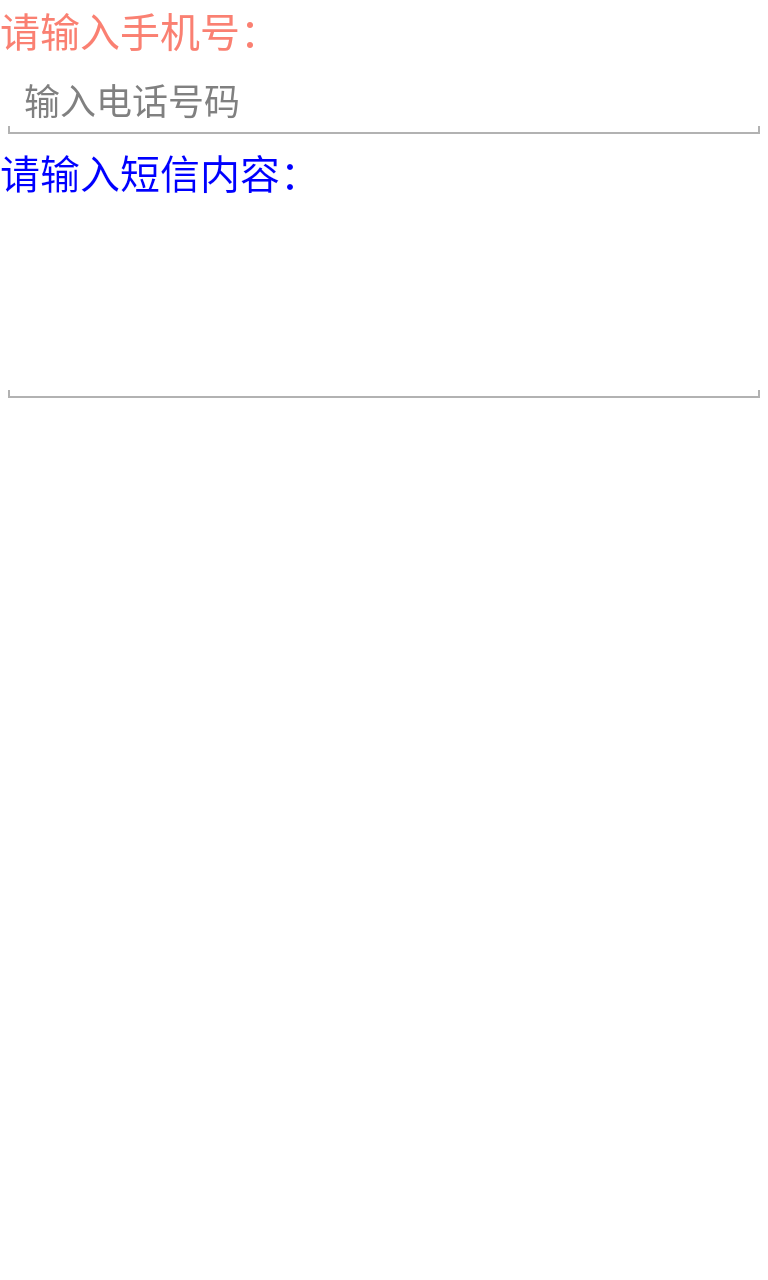
Repository: CiLiNet-Android/courseware
Layout: Android应用与开发环境/SourceCodes/SendSMSDemo/res/layout/activity_main.xml
An editor plug-in stored every save of this project. The layout is shown before and after the next save, followed by the edit.
It is drawn on a 768 x 1280 px phone screen (xhdpi) without system bars, with theme AppTheme; the app's code is not run.

Above is the layout before, as saved 2013-11-12 11:36:00.

### Android应用与开发环境/SourceCodes/SendSMSDemo/res/layout/activity_main.xml
<?xml version="1.0" encoding="utf-8"?>
<LinearLayout xmlns:android="http://schemas.android.com/apk/res/android"
    android:layout_width="match_parent"
    android:layout_height="match_parent"
    android:orientation="vertical" >

    <TextView
        android:layout_width="match_parent"
        android:layout_height="wrap_content"
        android:text="@string/please_input_phoneNo"
        android:textSize="20sp"
        android:textColor="@color/salmon"/>

    <EditText
        android:layout_width="match_parent"
        android:layout_height="wrap_content"
        android:hint="@string/input_phoneNo"
        android:id="@+id/editText_phoneNo"/>

    <TextView
        android:layout_width="match_parent"
        android:layout_height="wrap_content"
        android:text="@string/please_input_smsContent"
        android:textColor="@color/blue"
        android:textSize="20sp"/>

    <EditText
        android:layout_width="match_parent"
        android:layout_height="wrap_content"
        android:minLines="4"
        android:id="@+id/editText_smsContent"/>

</LinearLayout>

### Android应用与开发环境/SourceCodes/SendSMSDemo/res/values/strings.xml
<resources>

    <string name="app_name">Send SMS</string>

    <string name="please_input_phoneNo">请输入手机号：</string>

    <string name="input_phoneNo">输入电话号码</string>

    <string name="please_input_smsContent">请输入短信内容：</string>

</resources>

### Android应用与开发环境/SourceCodes/SendSMSDemo/res/values/colors.xml
<?xml version="1.0" encoding="utf-8"?>
<resources>

    <!-- 黑色 -->
    <color name="black">#000000</color>
    <!-- 亮天蓝色 -->
    <color name="lightskyblue">#2190a3</color>
    <!-- 天蓝色 -->
    <color name="skyblue">#87ceeb</color>
    <color name="grey">#808080</color>
    <color name="transparent">#00000000</color>
    <!-- 暗灰色 -->
    <color name="darkgrey">#a9a9a9</color>

    <!-- 乳白色 -->
    <color name="white_bg">#f5f5f5</color>
    <color name="white">#FFFFFF</color>

    <!-- 白色 -->

    <color name="ivory">#FFFFF0</color>

    <!-- 象牙色 -->

    <color name="lightyellow">#FFFFE0</color>

    <!-- 亮黄色 -->

    <color name="yellow">#FFFF00</color>

    <!-- 黄色 -->

    <color name="snow">#FFFAFA</color>

    <!-- 雪白色 -->

    <color name="floralwhite">#FFFAF0</color>

    <!-- 花白色 -->

    <color name="lemonchiffon">#FFFACD</color>

    <!-- 柠檬绸色 -->

    <color name="cornsilk">#FFF8DC</color>

    <!-- 米绸色 -->

    <color name="seashell">#FFF5EE</color>

    <!-- 海贝色 -->

    <color name="lavenderblush">#FFF0F5</color>

    <!-- 淡紫红 -->

    <color name="papayawhip">#FFEFD5</color>

    <!-- 番木色 -->

    <color name="blanchedalmond">#FFEBCD</color>

    <!-- 白杏色 -->

    <color name="mistyrose">#FFE4E1</color>

    <!-- 浅玫瑰色 -->

    <color name="bisque">#FFE4C4</color>

    <!-- 桔黄色 -->

    <color name="moccasin">#FFE4B5</color>

    <!-- 鹿皮色 -->

    <color name="navajowhite">#FFDEAD</color>

    <!-- 纳瓦白 -->

    <color name="peachpuff">#FFDAB9</color>

    <!-- 桃色 -->

    <color name="gold">#FFD700</color>

    <!-- 金色 -->

    <color name="pink">#FFC0CB</color>

    <!-- 粉红色 -->

    <color name="lightpink">#FFB6C1</color>

    <!-- 亮粉红色 -->

    <color name="orange">#FFA500</color>

    <!-- 橙色 -->

    <color name="lightsalmon">#FFA07A</color>

    <!-- 亮肉色 -->

    <color name="darkorange">#FF8C00</color>
    <!-- 暗桔黄色 -->

    <color name="coral">#FF7F50</color>

    <!-- 珊瑚色 -->

    <color name="hotpink">#FF69B4</color>

    <!-- 热粉红色 -->

    <color name="tomato">#FF6347</color>

    <!-- 西红柿色 -->

    <color name="orangered">#FF4500</color>

    <!-- 红橙色 -->

    <color name="deeppink">#FF1493</color>

    <!-- 深粉红色 -->

    <color name="fuchsia">#FF00FF</color>

    <!-- 紫红色 -->

    <color name="red">#FF0000</color>

    <!-- 红色 -->

    <color name="oldlace">#FDF5E6</color>

    <!-- 老花色 -->

    <color name="lightgoldenrodyellow">#FAFAD2</color>

    <!-- 亮金黄色 -->

    <color name="linen">#FAF0E6</color>

    <!-- 亚麻色 -->

    <color name="antiquewhite">#FAEBD7</color>

    <!-- 古董白 -->

    <color name="salmon">#FA8072</color>

    <!-- 鲜肉色 -->

    <color name="ghostwhite">#F8F8FF</color>

    <!-- 幽灵白 -->

    <color name="mintcream">#F5FFFA</color>

    <!-- 薄荷色 -->

    <color name="whitesmoke">#F5F5F5</color>

    <!-- 烟白色 -->

    <color name="beige">#F5F5DC</color>

    <!-- 米色 -->

    <color name="wheat">#F5DEB3</color>

    <!-- 浅黄色 -->

    <color name="sandybrown">#F4A460</color>

    <!-- 沙褐色 -->

    <color name="azure">#F0FFFF</color>

    <!-- 天蓝色 -->

    <color name="honeydew">#F0FFF0</color>

    <!-- 蜜色 -->

    <color name="aliceblue">#F0F8FF</color>

    <!-- 艾利斯兰 -->

    <color name="khaki">#F0E68C</color>

    <!-- 黄褐色 -->

    <color name="lightcoral">#F08080</color>

    <!-- 亮珊瑚色 -->

    <color name="palegoldenrod">#EEE8AA</color>

    <!-- 苍麒麟色 -->

    <color name="violet">#EE82EE</color>

    <!-- 紫罗兰色 -->

    <color name="darksalmon">#E9967A</color>

    <!-- 暗肉色 -->

    <color name="lavender">#E6E6FA</color>

    <!-- 淡紫色 -->

    <color name="lightcyan">#E0FFFF</color>

    <!-- 亮青色 -->

    <color name="burlywood">#DEB887</color>

    <!-- 实木色 -->

    <color name="plum">#DDA0DD</color>

    <!-- 洋李色 -->

    <color name="gainsboro">#DCDCDC</color>

    <!-- 淡灰色 -->

    <color name="crimson">#DC143C</color>

    <!-- 暗深红色 -->

    <color name="palevioletred">#DB7093</color>

    <!-- 苍紫罗兰色 -->

    <color name="goldenrod">#DAA520</color>

    <!-- 金麒麟色 -->

    <color name="orchid">#DA70D6</color>

    <!-- 淡紫色 -->

    <color name="thistle">#D8BFD8</color>

    <!-- 蓟色 -->

    <color name="lightgray">#D3D3D3</color>

    <!-- 亮灰色 -->

    <color name="maincolor">#272727</color>

    <!-- 蓝色 -->
    <color name="blue">#0000FF</color>

</resources>

Loaded but not shown: Android应用与开发环境/SourceCodes/SendSMSDemo/res/values/styles.xml (common file); Android应用与开发环境/SourceCodes/SendSMSDemo/res/values-v11/styles.xml (common file); Android应用与开发环境/SourceCodes/SendSMSDemo/res/values-v14/styles.xml (common file)

After the next save:
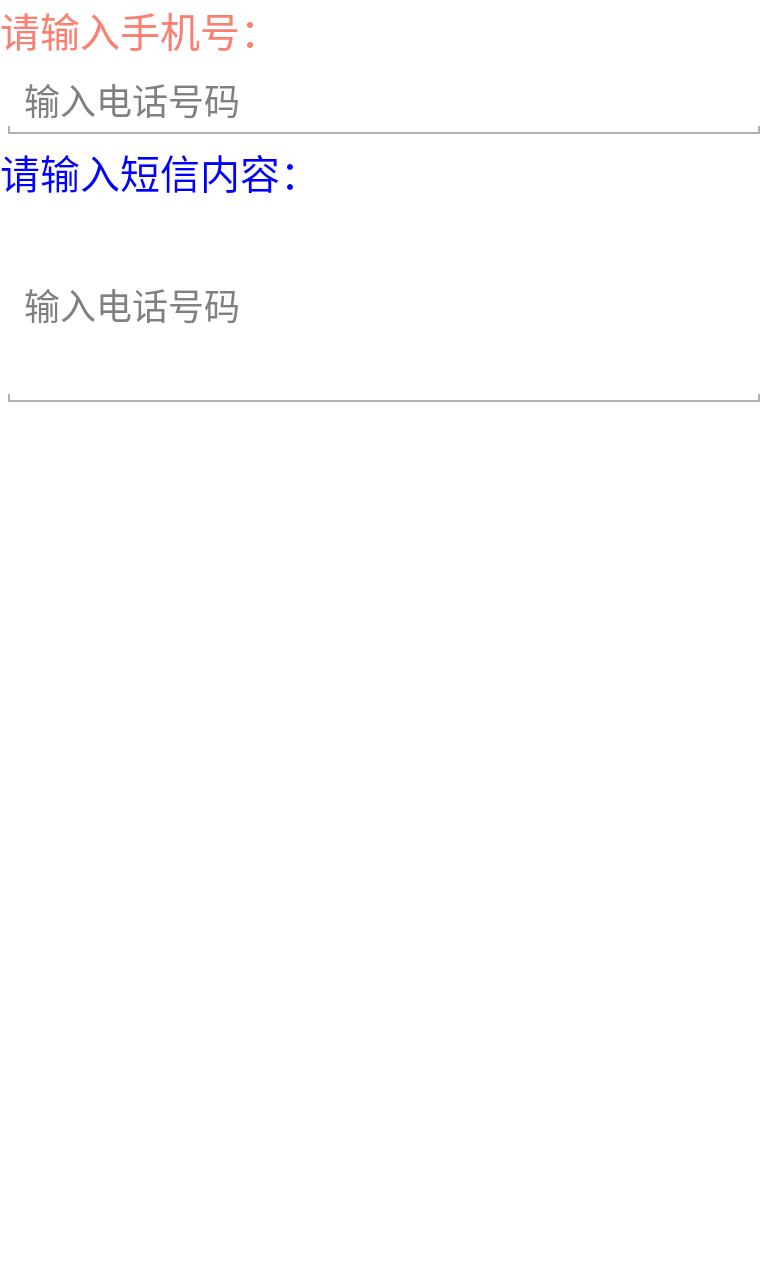
Saved 19 s later.
--- a/Android应用与开发环境/SourceCodes/SendSMSDemo/res/layout/activity_main.xml
+++ b/Android应用与开发环境/SourceCodes/SendSMSDemo/res/layout/activity_main.xml
@@ -28,6 +28,7 @@
         android:layout_width="match_parent"
         android:layout_height="wrap_content"
         android:minLines="4"
+        android:hint="@string/input_phoneNo"
         android:id="@+id/editText_smsContent"/>
 
 </LinearLayout>
